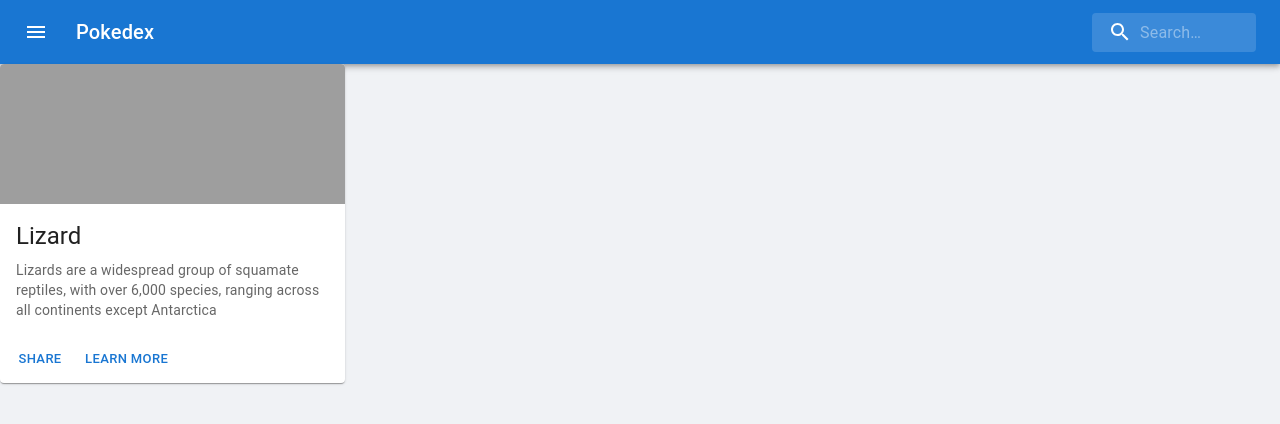
Repository: MilenaMartini/pokedex_react_js
Page: /pokedex
An editor plug-in stored every save of this project. The page is shown before and after the next save, followed by the edit.
The browser window is 1280 px wide. The pictures show the whole page.
Pictures or frames that could not be fetched are drawn as grey boxes. The project was rebuilt for these pictures with package versions that can differ from the ones it lists, and the page was loaded fresh each time. Also part of the build but not shown: src/pages/Login/Styles_Login.js, src/styles/styles.css, src/Components/Input/Styles_Input.js, src/Components/Input/Input.js, src/Components/Button/Styles_Btn_Login.js, src/Components/Button/Btn_Login.js, src/pages/Login/Pg_Login.js.

Above is the page before, as saved 2023-01-25 11:56:22.

After the next save:
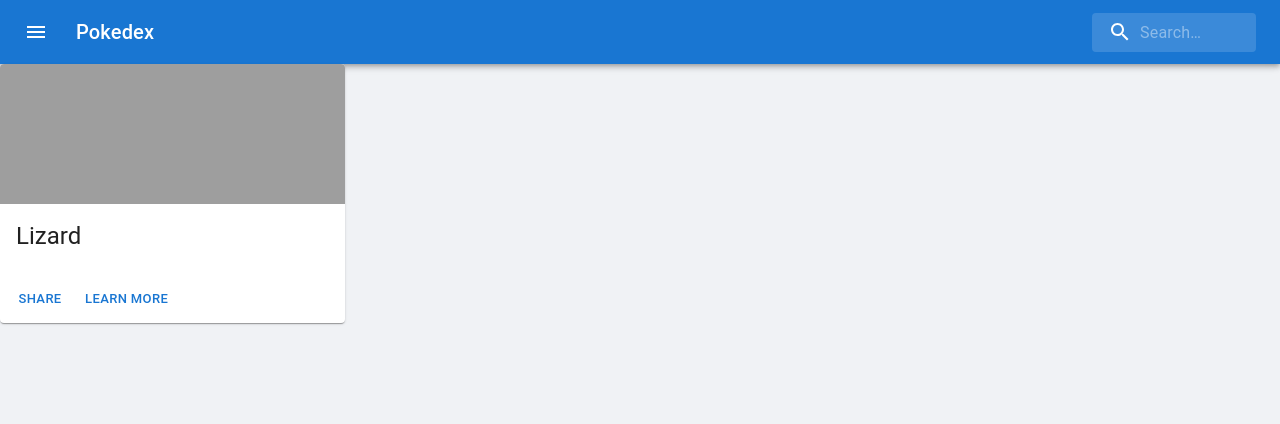
Saved 5 min 8 s later.
--- a/src/Components/PokemonCard/Pk_Card.jsx
+++ b/src/Components/PokemonCard/Pk_Card.jsx
@@ -18,10 +18,9 @@
         <Typography gutterBottom variant="h5" component="div">
           Lizard
         </Typography>
-        <Typography variant="body2" color="text.secondary">
-          Lizards are a widespread group of squamate reptiles, with over 6,000
-          species, ranging across all continents except Antarctica
-        </Typography>
+        {/* <Typography variant="body2" color="text.secondary">
+          caso precise de algum texto
+        </Typography> */}
       </CardContent>
       <CardActions>
         <Button size="small">Share</Button>
